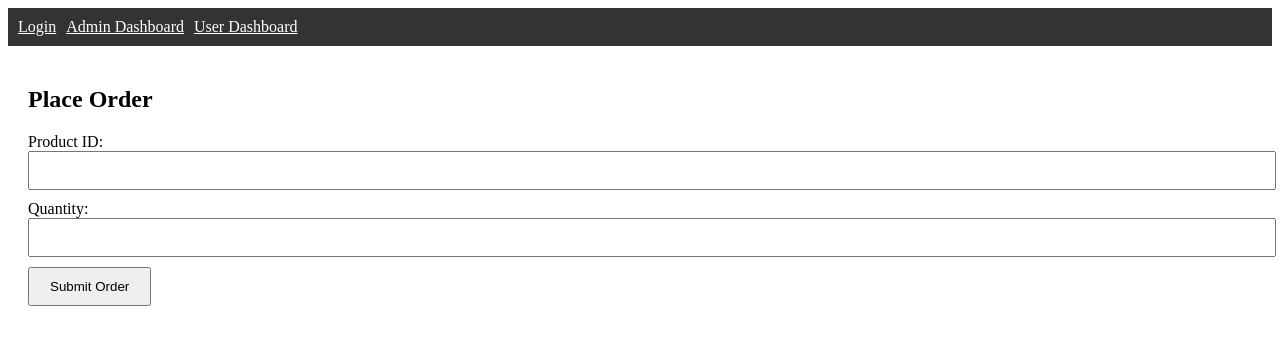
Repository: Hitesh8980/Agro
Page: /order-form (app in Front_end/)
An editor plug-in stored every save of this project. The page is shown before and after the next save, followed by the edit.
The browser window is 1280 px wide. The pictures show the whole page.
The project was rebuilt for these pictures with package versions that can differ from the ones it lists, and the page was loaded fresh each time. Also part of the build but not shown: Front_end/vite.config.js, Front_end/src/index.css, Front_end/src/components/productCatalouge.jsx, Front_end/src/components/orderTracking.jsx, Front_end/src/components/adminDashBoard.jsx, Front_end/src/pages/AdminDashboardpage.jsx, Front_end/src/pages/UserDashboardpage.jsx, Front_end/src/pages/login.jsx and 1 more.

Above is the page before, as saved 2024-11-28 09:17:54.

After the next save:
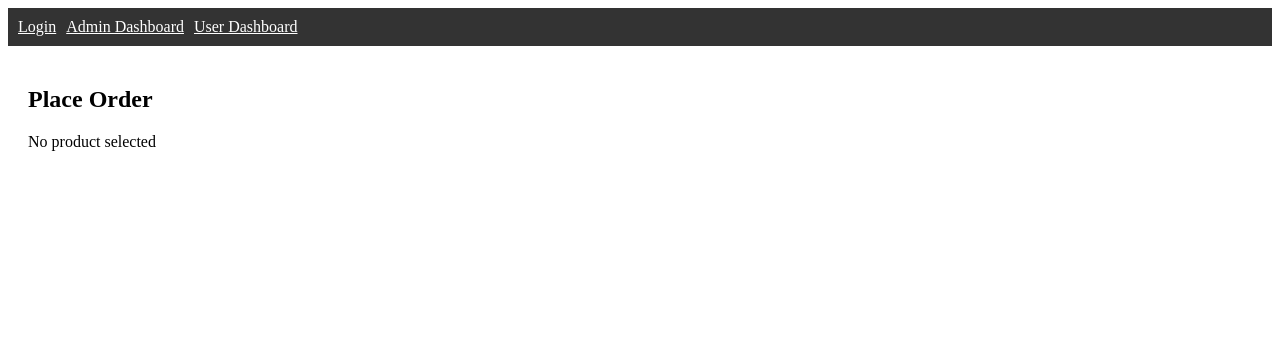
Saved 6 min 7 s later.
--- a/Front_end/src/components/orderForm.jsx
+++ b/Front_end/src/components/orderForm.jsx
@@ -1,14 +1,25 @@
 import React, { useState } from 'react';
+import { useLocation } from 'react-router-dom';
 import axios from 'axios';
 
 function OrderForm() {
-  const [productId, setProductId] = useState('');
+  const location = useLocation();
+  const product = location.state?.product; // Access the passed product details from the location state
+
   const [quantity, setQuantity] = useState('');
 
   const handleSubmit = async (e) => {
     e.preventDefault();
+    if (!product) {
+      alert('No product selected');
+      return;
+    }
+
     try {
-      const response = await axios.post('https://agro-octr.onrender.com/orders', { productId, quantity });
+      const response = await axios.post('https://agro-octr.onrender.com/orders', {
+        productId: product._id, // Send the product ID to the backend
+        quantity
+      });
       alert('Order placed successfully!');
     } catch (error) {
       alert('Error placing order');
@@ -18,27 +29,31 @@
   return (
     <div style={{ padding: '20px' }}>
       <h2>Place Order</h2>
-      <form onSubmit={handleSubmit}>
-        <div style={{ marginBottom: '10px' }}>
-          <label>Product ID: </label>
-          <input
-            type="text"
-            value={productId}
-            onChange={(e) => setProductId(e.target.value)}
-            style={{ padding: '10px', width: '100%' }}
-          />
-        </div>
-        <div style={{ marginBottom: '10px' }}>
-          <label>Quantity: </label>
-          <input
-            type="number"
-            value={quantity}
-            onChange={(e) => setQuantity(e.target.value)}
-            style={{ padding: '10px', width: '100%' }}
-          />
-        </div>
-        <button type="submit" style={{ padding: '10px 20px' }}>Submit Order</button>
-      </form>
+      {product ? (
+        <form onSubmit={handleSubmit}>
+          <div style={{ marginBottom: '10px' }}>
+            <label>Product Name: </label>
+            <input
+              type="text"
+              value={product.name}  // Display the product name here
+              readOnly  // Make the product name input read-only
+              style={{ padding: '10px', width: '100%' }}
+            />
+          </div>
+          <div style={{ marginBottom: '10px' }}>
+            <label>Quantity: </label>
+            <input
+              type="number"
+              value={quantity}
+              onChange={(e) => setQuantity(e.target.value)}
+              style={{ padding: '10px', width: '100%' }}
+            />
+          </div>
+          <button type="submit" style={{ padding: '10px 20px' }}>Submit Order</button>
+        </form>
+      ) : (
+        <p>No product selected</p>
+      )}
     </div>
   );
 }
